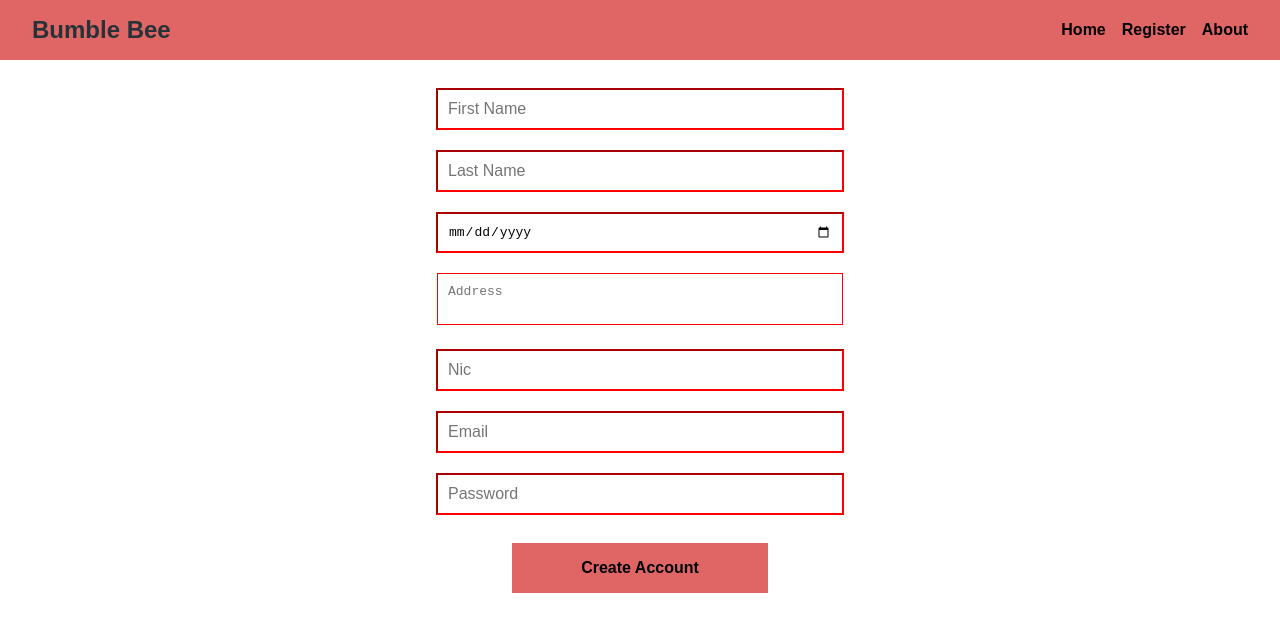
Repository: developerks611/Bumble-bee
Page: http://localhost/Bumble/add-customer.jsp
The author's editor kept a copy of each file at every save. The page is drawn from the files as they stood at one save, then again after the next save.
The browser window is 1280 px wide. The pictures show the whole page.
The page is served by Tomcat 9.

Above is the page before, as saved 2023-02-28 05:29:26.

After the next save:
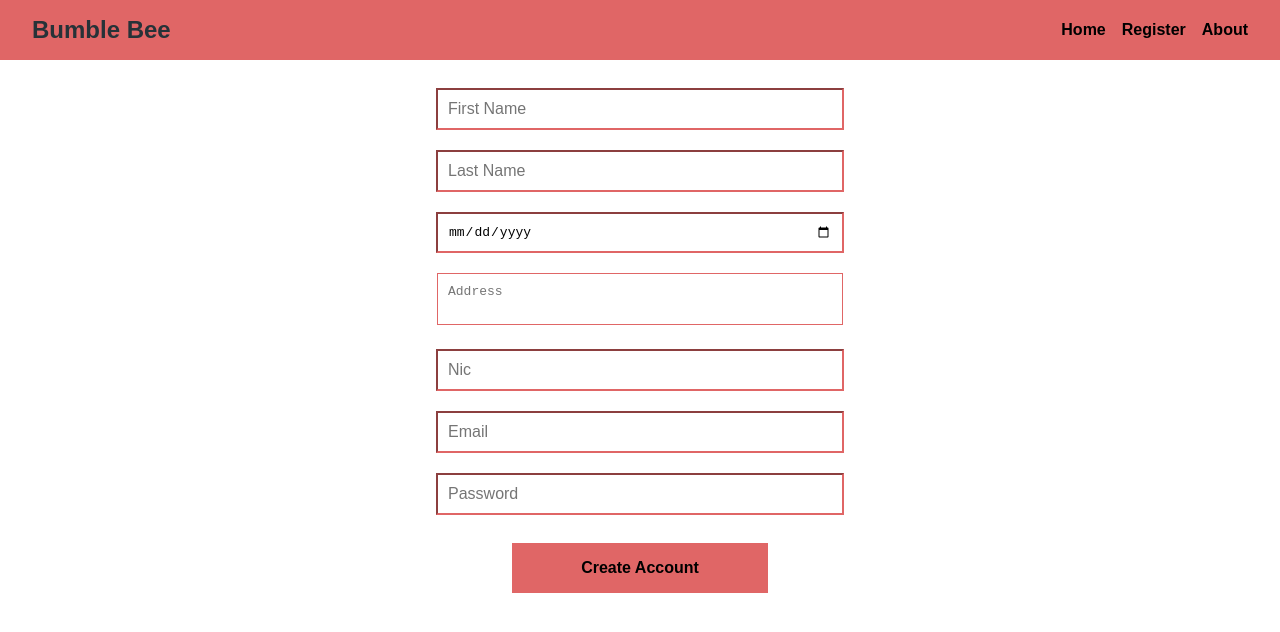
Saved 41 s later.
--- a/Bumble/src/main/webapp/add-customer.jsp
+++ b/Bumble/src/main/webapp/add-customer.jsp
@@ -55,8 +55,9 @@ nav a {
 	margin:10px;
 	padding:10px;
 	font-size:100%;
-	border-color:red;
+	border-color:#e06666;
 }
+
 
 .createAccount{
 
